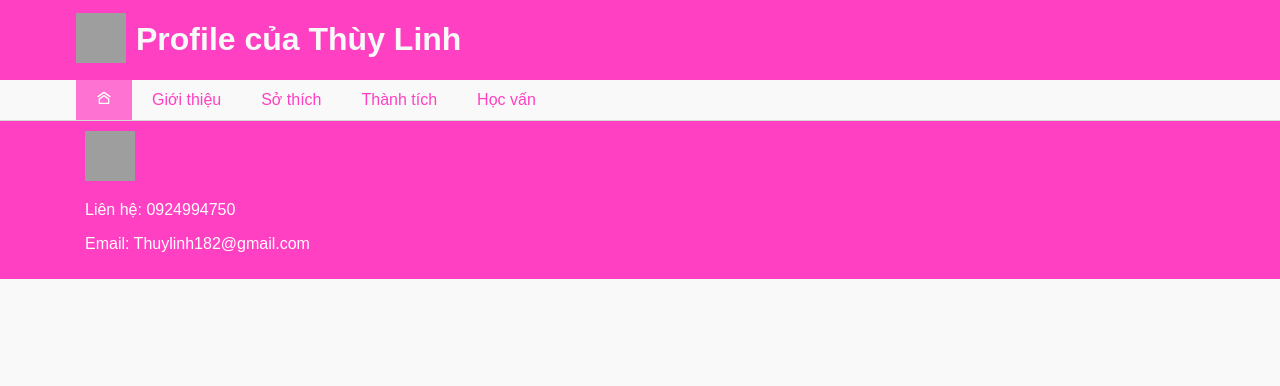
Repository: DucLong-PD07979/profile-vu-thuy-linh
Page: gia-dinh.html
An editor plug-in stored every save of this project. The page is shown before and after the next save, followed by the edit.
The browser window is 1280 px wide. The pictures show the whole page.
Pictures or frames that could not be fetched are drawn as grey boxes.

Above is the page before, as saved 2025-03-08 21:35:36.
Not found: script.js

After the next save:
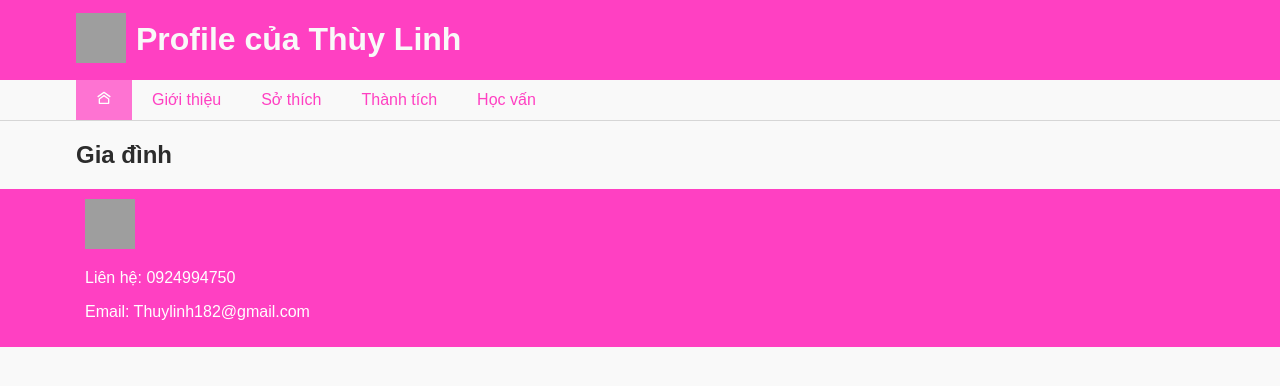
Saved 56 s later.
--- a/gia-dinh.html
+++ b/gia-dinh.html
@@ -50,7 +50,11 @@
                 </nav>
             </div>
         </div>
-
+        <section>
+            <div class="container">
+                <h2>Gia đình</h2>
+            </div>
+        </section>
         <footer>
             <div class="container">
                 <div class="logo">
